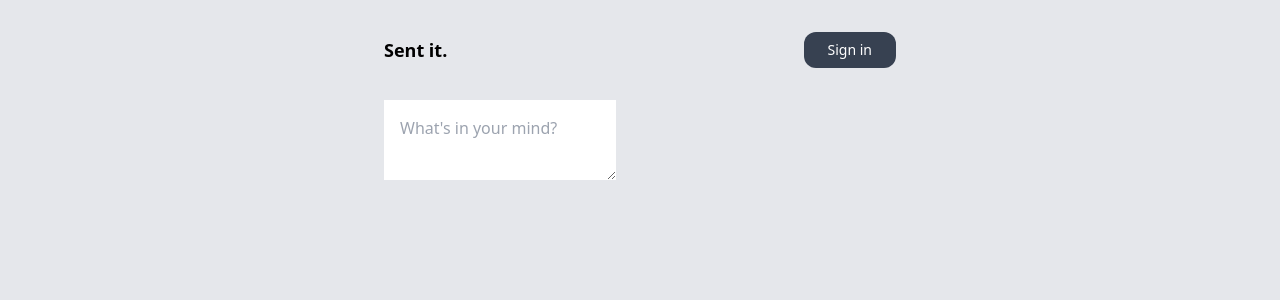
Repository: Saadelfadil/Nextjs_fullstack_app
Page: /
These files come from the project's save history. The page is drawn as it stood at one moment and after the next save; the edit follows.
The browser window is 1280 px wide. The pictures show the whole page.
The page's requests for data from a server got no answer. The project was rebuilt for these pictures with package versions that can differ from the ones it lists, and the page was loaded fresh each time. The framework's server and built-in components were replaced by stand-ins that run in the browser. No one was signed in, and anything a server would have sent is missing. Also part of the build but not shown: next.config.js, app/auth/Logged.tsx.

Above is the page before, as saved 2023-02-24 18:26:05.

### app/layout.jsx
import './globals.css'
import Nav from "./auth/nav"
import { Roboto } from '@next/font/google'

const roboto = Roboto({
  subsets: ["latin"],
  weight: ["400", "700"],
  variable: "--font-roboto"
});

export default function RootLayout({children})
  {
  return (
    <html lang="en">
      <head />
      <body className={`mx-4 md:mx-48 xl:mx-96 ${roboto.variable} bg-gray-200`}>
        <Nav />
        {children}
      </body>
    </html>
  )
}

### app/page.tsx
"use client";

import AddPost from "./components/AddPost";

export default function Home() {
  return (
    <main>
      <AddPost />
    </main>
  );
}

### app/auth/nav.tsx

import Link from 'next/link'
import Login from "./Login"
import { authOptions } from "../../pages/api/auth/[...nextauth]";
import { getServerSession } from "next-auth/next";
import Logged from './Logged';

export default async function Nav(){
    const session = await getServerSession(authOptions);
    console.log(session)
    return (
        <nav className='flex justify-between items-center py-8'>
            <Link href={"/"}>
                <h1 className='font-bold text-lg'>Sent it.</h1>
            </Link>
            <ul className='flex items-center gap-6'>
                {!session?.user ? <Login /> : <Logged image={session.user?.image || ""}/>}
            </ul>
        </nav>
    )
}

### app/components/AddPost.tsx
"use client"

import { useState } from "react";

const AddPost = () => {
    const [title, setTitle] = useState("");
  return (
    <form>
        <div>
            <textarea onChange={(e) => setTitle((pre) => pre = e.target.value)}
            name="title"
            value={title}
            placeholder={"What's in your mind?"}
            className="p-4 "
            >
            </textarea>
        </div>
    </form>
  )
};

export default AddPost;

### app/auth/Login.tsx
"use client"

import {signIn} from "next-auth/react"

export default function Login()
{
    return (
      <li className="list-none">
        <button className="text-sm bg-gray-700 text-white py-2 px-6 rounded-xl disabled:opacity-25" onClick={() => signIn()}>
          Sign in
        </button>
      </li>
    );
}

### pages/api/auth/[...nextauth].js
import NextAuth from "next-auth"
import GoogleProvider from "next-auth/providers/google"
import { PrismaAdapter } from "@next-auth/prisma-adapter"
import prisma from "../../../prisma/client"


export const authOptions = {
  adapter: PrismaAdapter(prisma),
  providers: [
    GoogleProvider({
      clientId: process.env.GOOGLE_CLIENT_ID,
      clientSecret: process.env.GOOGLE_CLIENT_SECRET,
    }),
  ],
}

export default NextAuth(authOptions)

### prisma/client.js
import { PrismaClient } from "@prisma/client"

const client = globalThis.prisma || new PrismaClient()

if (process.env.NODE_ENV !== "production") globalThis.prisma = client

export default client;

Loaded but not shown: app/globals.css (common file); tailwind.config.js (common file)

After the next save:
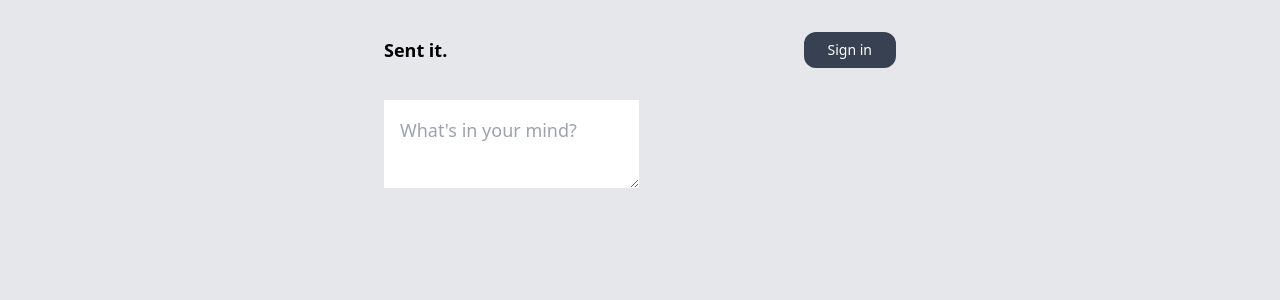
Saved 9 s later.
--- a/app/components/AddPost.tsx
+++ b/app/components/AddPost.tsx
@@ -11,7 +11,7 @@ const AddPost = () => {
             name="title"
             value={title}
             placeholder={"What's in your mind?"}
-            className="p-4 "
+            className="p-4 text-lg round"
             >
             </textarea>
         </div>
